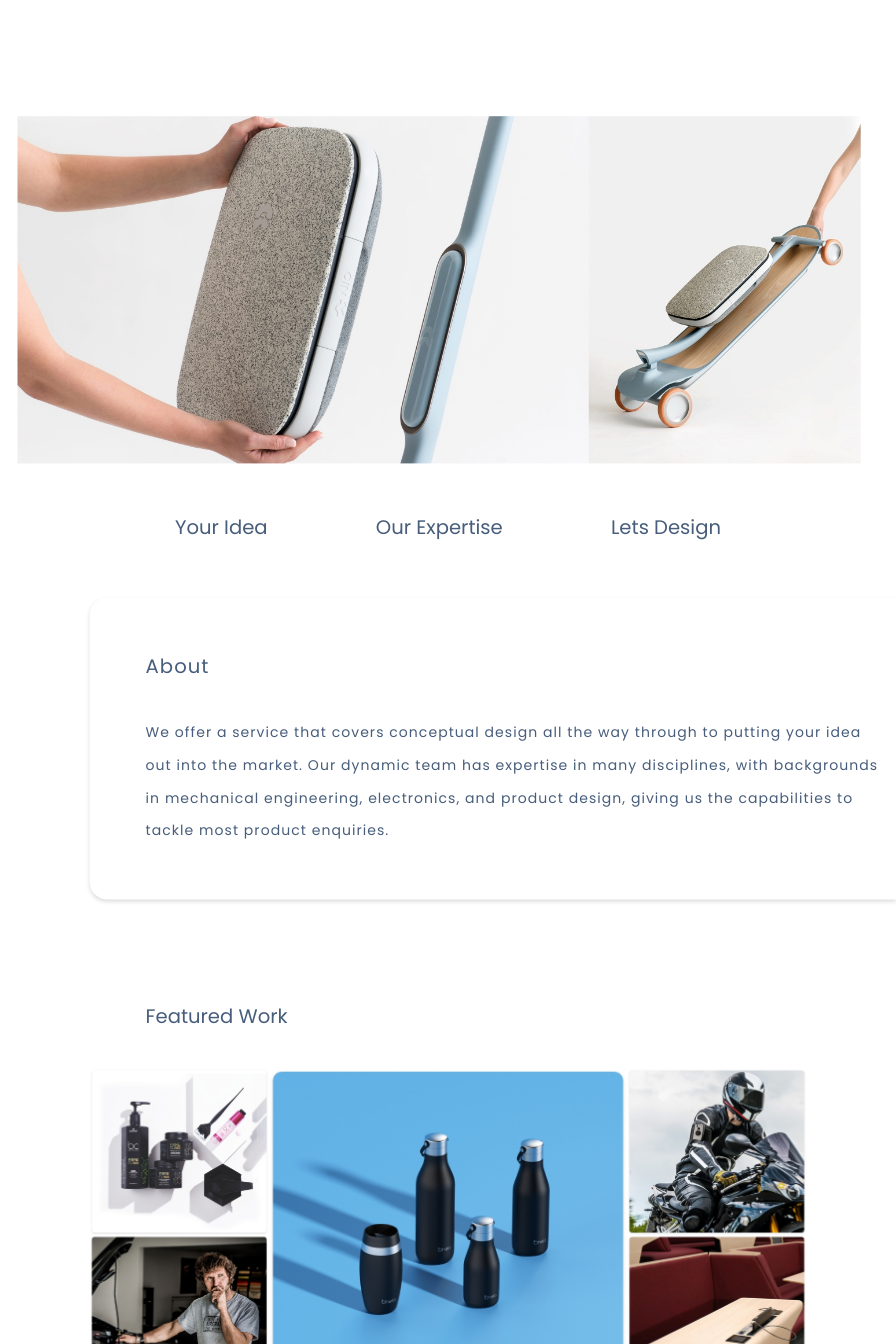
Repository: cobyfoster99/User-Centric-frontend-project
Page: index.html
The author's editor kept a record of every edit. The page is drawn from the files as they stood at one moment, then again after the next edit.
The browser window is 1280 px wide. The pictures show the part of the page from y = 0 to 1920 px (the page is 3288 px tall before and 3304 px after), at 70% of full size.
Some web libraries are served in a nearby version.

Above is the page before.

After the next edit:
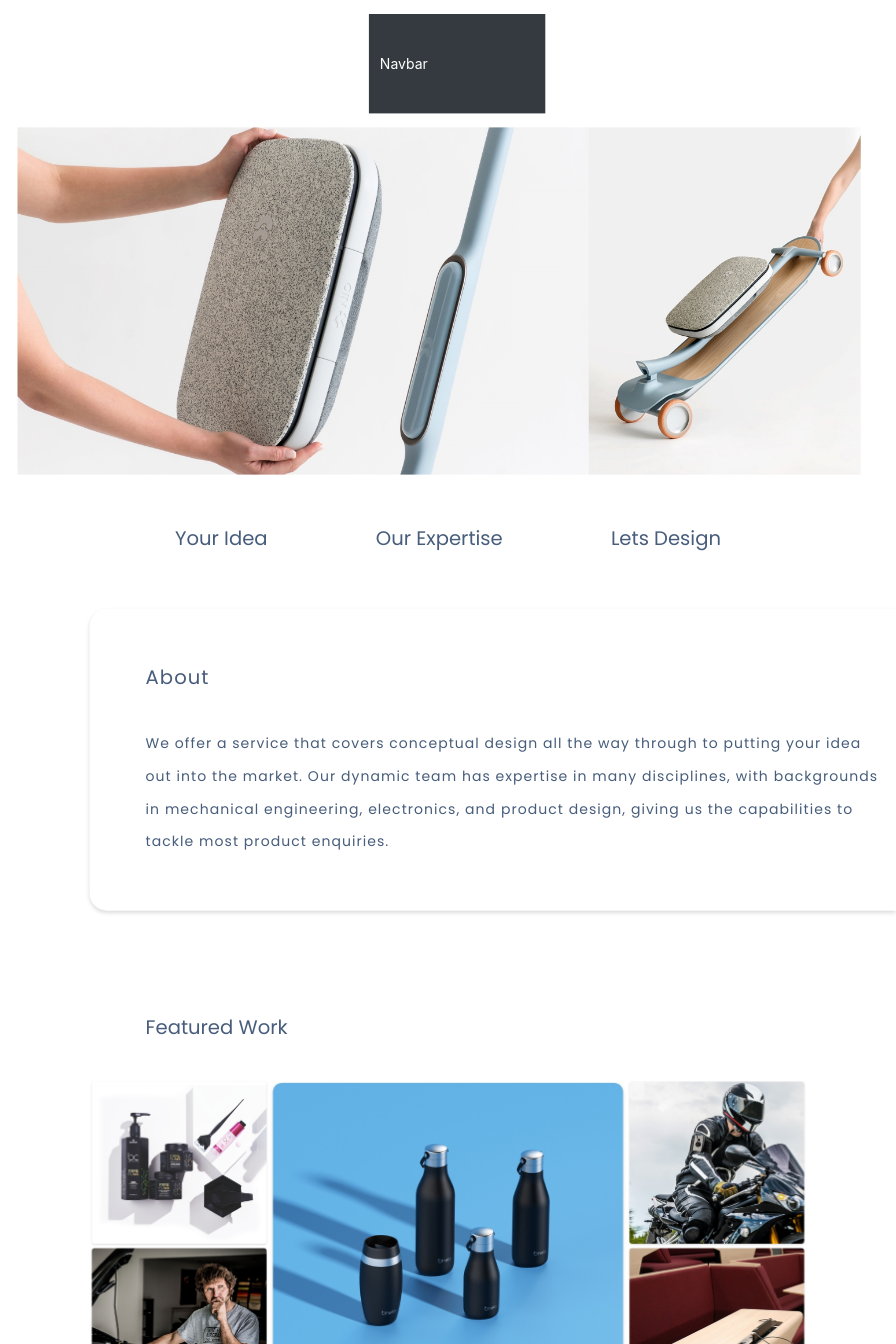
The edit:
--- a/index.html
+++ b/index.html
@@ -17,24 +17,28 @@
     <header>
         <div class="row no-gutters">
             <a class="col-md-4 logo" href="index.html"></a>
-        <nav></nav>
-            <div class="col-md-4">
-                <div class="row no-gutters">
-                    <div class="col">
-                        <ul id="nav" class="list-inline menucontainer">
-                            <li class="col-6 col-sm-3 list-inline-item">
-                                <a href="#"><span class="nav-active">Home</span></a>
-                            </li>
-                            <li class="col-6 col-sm-3 list-inline-item">
-                                <a href="#"><span>About</span></a>
-                            </li>
-                            <li class="col-6 col-sm-3 list-inline-item">
-                                <a href="#"><span>Contact</span></a>
-                            </li>
-                        </ul>
+            <nav class="navbar navbar-expand-md bg-dark navbar-dark">
+                <a class="navbar-brand" href="#">Navbar</a>
+                <button class="navbar-toggler" type="button" data-toggle="collapse" data-target="#collapsibleNavbar">
+    <span class="navbar-toggler-icon"></span>
+  </button>
+                <div class="col">
+                    <div class="row no-gutters">
+                        <div class="col">
+                            <ul id="nav" class="list-inline menucontainer">
+                                <li class="col-6 col-sm-3 list-inline-item">
+                                    <a href="#"><span class="nav-active">Home</span></a>
+                                </li>
+                                <li class="col-6 col-sm-3 list-inline-item">
+                                    <a href="#"><span>About</span></a>
+                                </li>
+                                <li class="col-6 col-sm-3 list-inline-item">
+                                    <a href="#"><span>Contact</span></a>
+                                </li>
+                            </ul>
+                        </div>
                     </div>
                 </div>
-            </div>
             </nav>
         </div>
     </header>
